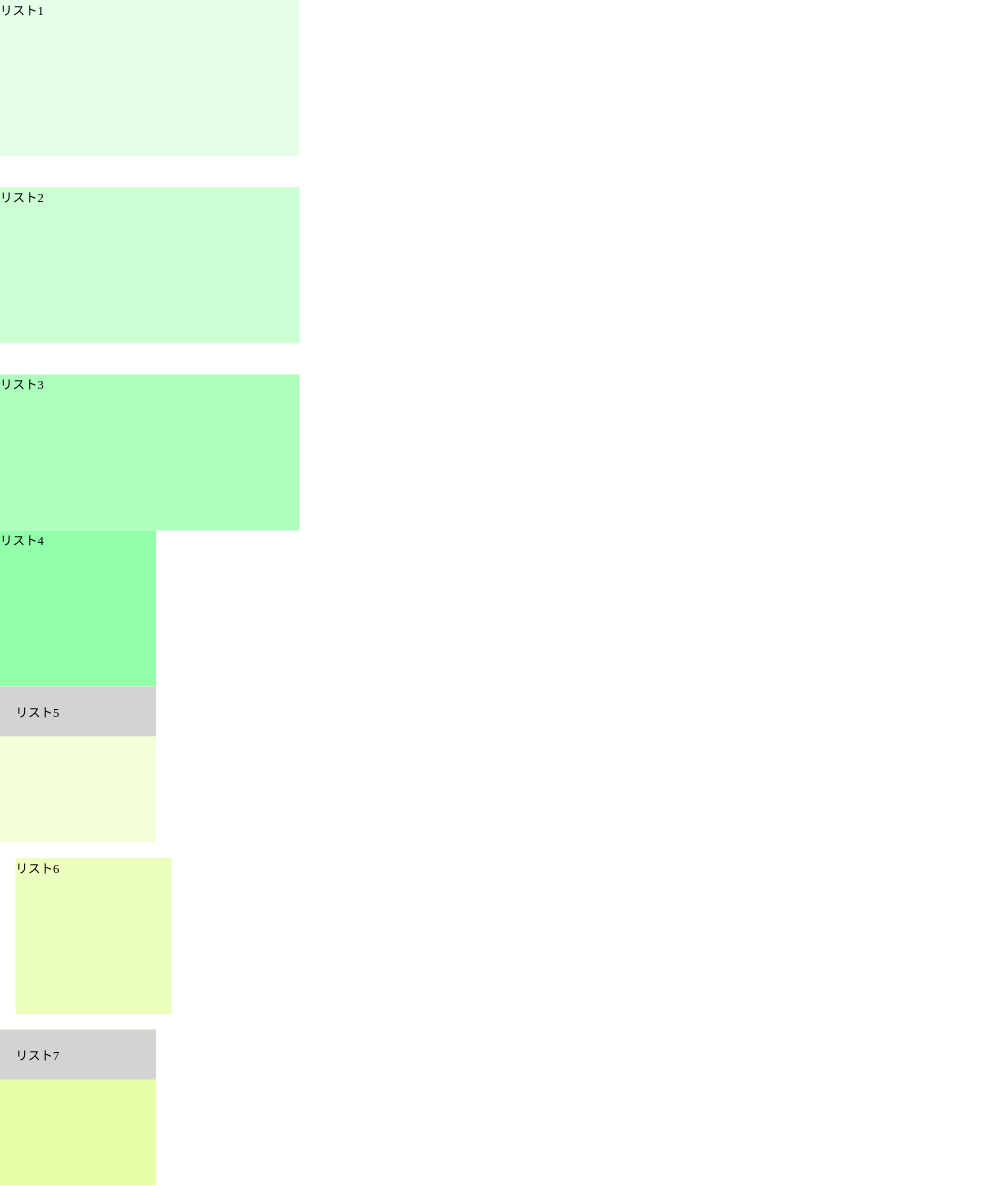
Repository: Raychel-310/chapter10
Page: chapter8_exercise/chapter8_exercise.html
The author's editor kept a record of every edit. The page is drawn from the files as they stood at one moment, then again after the next edit.
The browser window is 1280 px wide. The pictures show the whole page, at 78% of full size.

Above is the page before.

### chapter8_exercise/chapter8_exercise.html
<!DOCTYPE html>
<html lang="ja">
  <head>
    <meta charset="UTF-8" />
    <!-- CSSファイルの読み込み -->
    <link rel="stylesheet" href="chapter8_exercise.css" />
    <title>service</title>
  </head>

  <body>
    <div class="box1">
      <p>
        リスト1
      </p>
    </div>
    <div class="box2">
      <p>
        リスト2
      </p>
    </div>
    <div class="box3">
      <p>
        リスト3
      </p>
    </div>
    <div class="box4">
      <p>
        リスト4
      </p>
    </div>
    <div class="box5">
      <p class="list5">
        リスト5
      </p>
    </div>
    <div class="list6">
      <p class="box6">
        リスト6
      </p>
    </div>
    <div class="box7">
      <p class="list7">
        リスト7
      </p>
    </div>
  </body>

### chapter8_exercise/chapter8_exercise.css
* {
  margin: 0;
  padding: 0;
  box-sizing: border-box;
}

main {
  width: 960px;
  margin: 50px auto;
}

.list1 {
background:#d3d3d3; /*背景色の指定*/
padding-top:20px;
padding-left: 20px;
padding-bottom: 20px;
color: 808080;
}

.list1 p {
margin:0;
padding:0;
}

.list2 {
background:#ffffff; /*背景色の指定*/
padding-top:20px;
padding-left: 20px;
padding-bottom: 20px;
color: 808080;
font-size: 15px;
}

.list2 p {
margin:0;
padding:0;
}

.list3 {
background:#d3d3d3; /*背景色の指定*/
padding-top:20px;
padding-left: 20px;
padding-bottom: 20px;
color: 808080;
}

.list3 p {
margin:0;
padding:0;
}

.list4 {
background:#ffffff; /*背景色の指定*/
padding-top:20px;
padding-left: 20px;
padding-bottom: 20px;
color: 808080;
}

.list4 p {
margin:0;
padding:0;
}

.list5 {
background:#d3d3d3; /*背景色の指定*/
padding-top:20px;
padding-left: 20px;
padding-bottom: 20px;
color: 808080;
}

.list5 p {
margin:0;
padding:0;
}

.list6 {
background:#ffffff; /*背景色の指定*/
padding-top:20px;
padding-left: 20px;
padding-bottom: 20px;
color: 808080;
}

.list6 p {
margin:0;
padding:0;
}

.list7 {
background:#d3d3d3; /*背景色の指定*/
padding-top:20px;
padding-left: 20px;
padding-bottom: 20px;
color: 808080;
}

.list7 p {
margin:0;
padding:0;
}

.box1 {
  width: 30%;
  height: 200px;
  background-color: #e6ffe9;
  margin-right: 5%;
  margin-bottom: 40px;
}

.box2 {
  width: 30%;
  height: 200px;
  background-color: #cbffd3;
  margin-right: 5%;
  margin-bottom: 40px;
}

.box3 {
  width: 30%;
  height: 200px;
  background-color: #aeffbd;
}

.box4 {
  width: 200px;
  height: 200px;
  background-color: #93ffab;
}

.box5 {
  width: 200px;
  height: 200px;
  background-color: #f3ffd8;
}

.box6 {
  width: 200px;
  height: 200px;
  background-color: #edffbe;
}

.box7 {
  width: 200px;
  height: 200px;
  background-color: #e9ffa5;
}

.box8 {
  width: 200px;
  height: 200px;
  background-color: #e4ff8d;
}

.box9 {
  width: 200px;
  height: 200px;
  background-color: #d9e5ff;
}

After the next edit:
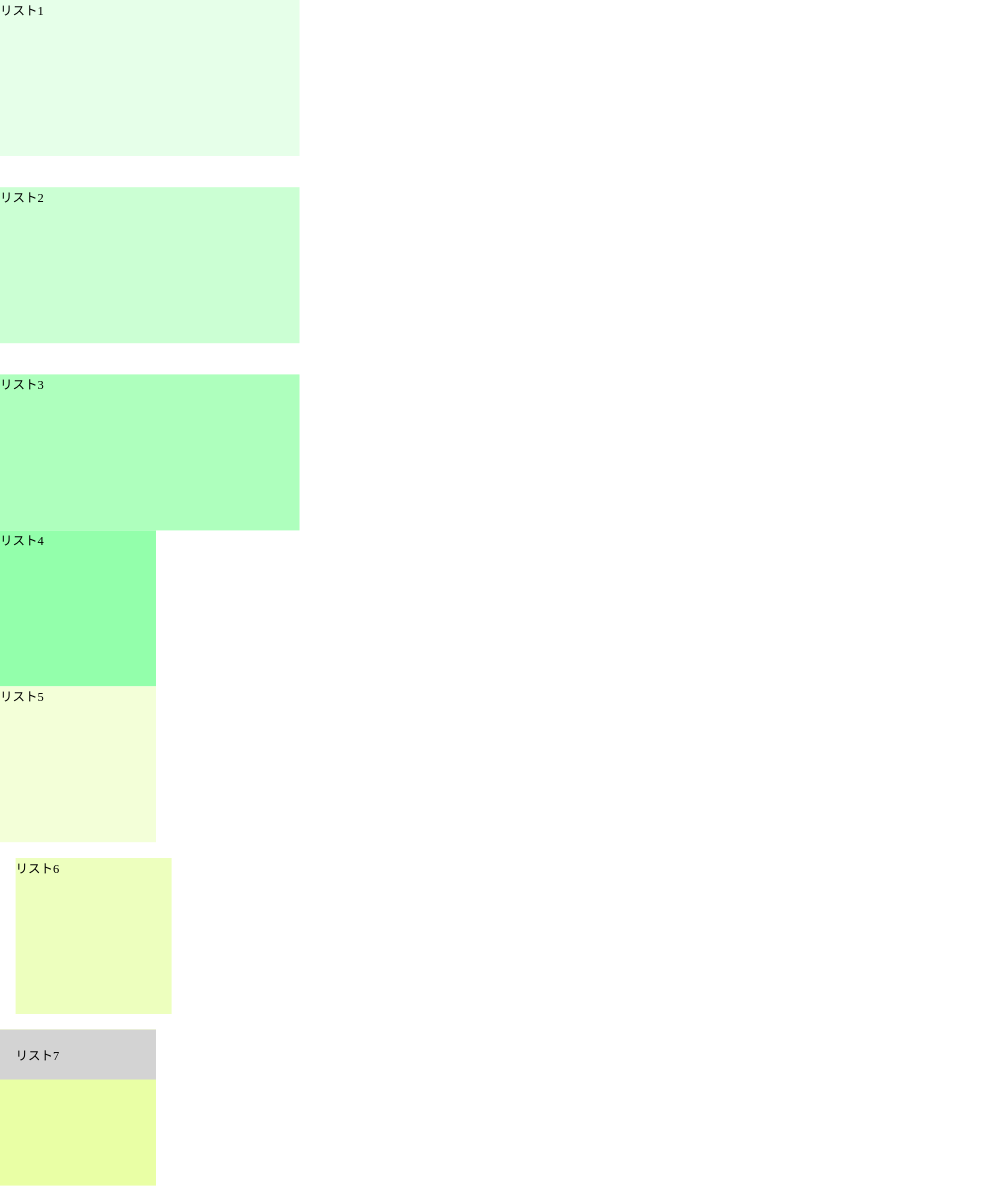
The edit:
--- a/chapter8_exercise/chapter8_exercise.html
+++ b/chapter8_exercise/chapter8_exercise.html
@@ -29,7 +29,7 @@
       </p>
     </div>
     <div class="box5">
-      <p class="list5">
+      <p>
         リスト5
       </p>
     </div>
